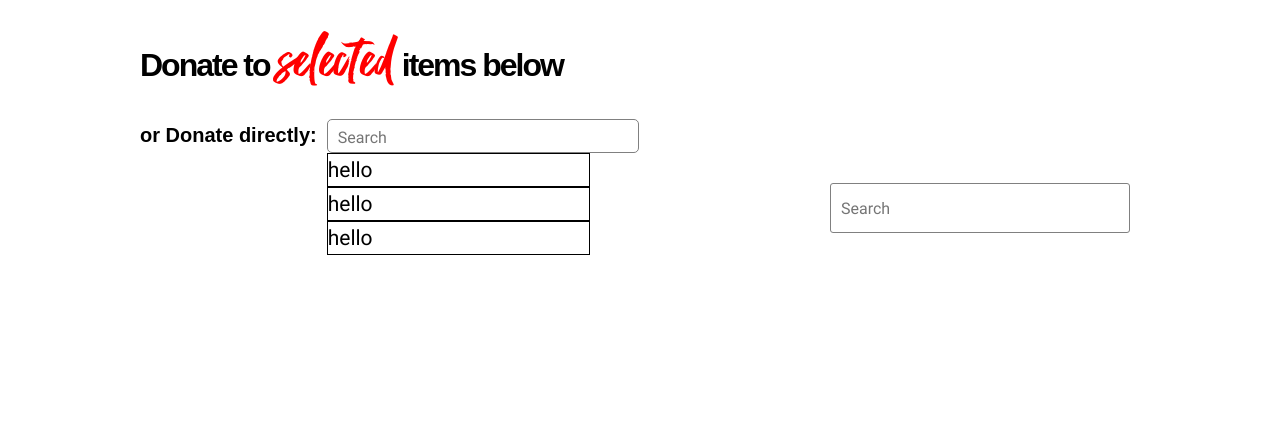
Repository: David-Waite/edableStyleChanges
Page: /
The author's editor kept a copy of each file at every save. The page is drawn from the files as they stood at one save, then again after the next save.
The browser window is 1280 px wide. The pictures show the whole page.
The project was rebuilt for these pictures with package versions that can differ from the ones it lists, and the page was loaded fresh each time. Also part of the build but not shown: src/components/Item/ProgressBar.css, src/components/Volunteer/Volunteer.tsx, src/components/DonorForm/Message.css, src/components/Volunteer/VolunteerError.tsx, src/components/Default.tsx, src/components/DonorForm/Paypal.tsx, src/components/DonorForm/DonorForm.tsx, src/components/DonorForm/PastDonations.css and 8 more.

Above is the page before, as saved 2022-11-09 19:42:48.

After the next save:
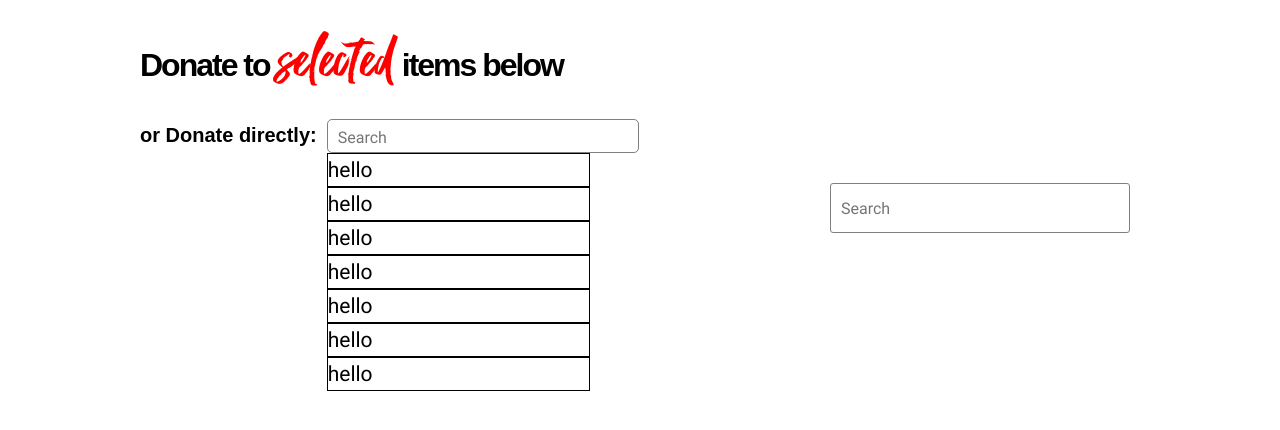
Saved 27 s later.
--- a/src/components/Landing/Landing.tsx
+++ b/src/components/Landing/Landing.tsx
@@ -131,6 +131,18 @@ function Landing() {
                 <div className="orgName">
                   <a>hello</a>
                 </div>
+                <div className="orgName">
+                  <a>hello</a>
+                </div>
+                <div className="orgName">
+                  <a>hello</a>
+                </div>
+                <div className="orgName">
+                  <a>hello</a>
+                </div>
+                <div className="orgName">
+                  <a>hello</a>
+                </div>
               </div>
             </div>
           </div>
